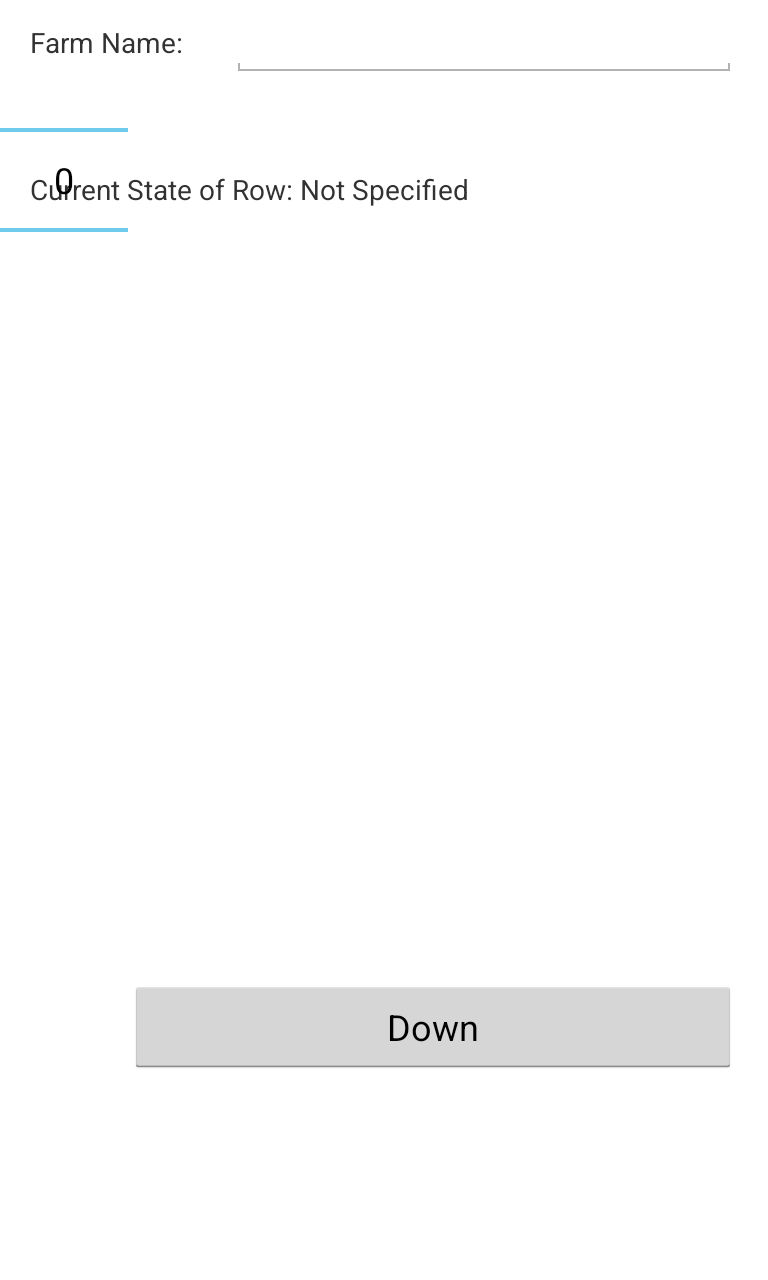
Repository: cokembel/FarmHand
Layout: FarmHand/res/layout/activity_main.xml
The author's editor kept a copy of each file at every save. The layout is drawn from the files as they stood at one save, then again after the next save.
It is drawn on a 768 x 1280 px phone screen (xhdpi) without system bars, with theme AppTheme; the app's code is not run.

Above is the layout before, as saved 2012-12-10 05:29:29.

### FarmHand/res/layout/activity_main.xml

    <ScrollView xmlns:android="http://schemas.android.com/apk/res/android"
        android:layout_width="match_parent"
        android:layout_height="match_parent"
        android:layout_alignParentLeft="true"
        android:layout_alignParentTop="true" >

        <RelativeLayout
            android:layout_width="match_parent"
            android:layout_height="wrap_content" >

            <AutoCompleteTextView
                android:id="@+id/farm_name"
                android:layout_width="match_parent"
                android:layout_height="wrap_content"
                android:layout_toRightOf="@+id/farm_label"
                android:layout_alignParentTop="true"
                android:layout_marginRight="15dp"
                android:ems="10" />

            <TextView
                android:id="@+id/farm_label"
                android:layout_width="100dp"
                android:layout_height="wrap_content"
                android:layout_alignBaseline="@id/farm_name"
                android:layout_alignBottom="@id/farm_name"
                android:gravity="left"
                android:layout_marginLeft="15dp"
                android:text="@string/farm_name" />

            <TextView
                android:id="@+id/current_status"
                android:layout_width="match_parent"
                android:layout_height="wrap_content"
                android:layout_alignParentRight="true"
                android:layout_alignBaseline="@+id/status_label"
                android:gravity="center"
                android:text="Not Specified" />

            <Button
                android:id="@+id/not_down_button"
                android:layout_width="wrap_content"
                android:layout_height="wrap_content"
                android:layout_alignLeft="@id/farm_label"
                android:layout_marginTop="350dp"
                android:layout_toLeftOf="@+id/row_number"
                android:gravity="center_horizontal"
                android:text="Not Down" />

            <Button
                android:id="@+id/down_button"
                android:layout_width="wrap_content"
                android:layout_height="wrap_content"
                android:layout_alignBottom="@id/not_down_button"
                android:layout_alignRight="@id/farm_name"
                android:layout_toRightOf="@+id/row_number"
                android:text="Down" />

            <TextView
                android:id="@+id/status_label"
                android:layout_width="wrap_content"
                android:layout_height="wrap_content"
                android:layout_alignLeft="@+id/farm_label"
                android:layout_below="@+id/prev_row_button"
                android:layout_marginTop="85dp"
                android:text="@string/status" />

            <NumberPicker
                android:id="@+id/row_number"
                android:layout_width="wrap_content"
                android:layout_height="wrap_content"
                android:gravity="center_horizontal"
 />

</RelativeLayout>

    </ScrollView>

### FarmHand/res/values/strings.xml
<resources>

    <string name="app_name">FarmHand</string>
    <string name="menu_settings">Settings</string>
    <string name="title_activity_main">FarmHand</string>
    <string name="farm_name">Farm Name:</string>
	<string name="status">Current State of Row:</string>

</resources>

Loaded but not shown: FarmHand/res/values-v11/styles.xml (common file); FarmHand/res/values-v14/styles.xml (common file); FarmHand/res/values/styles.xml (common file)

After the next save:
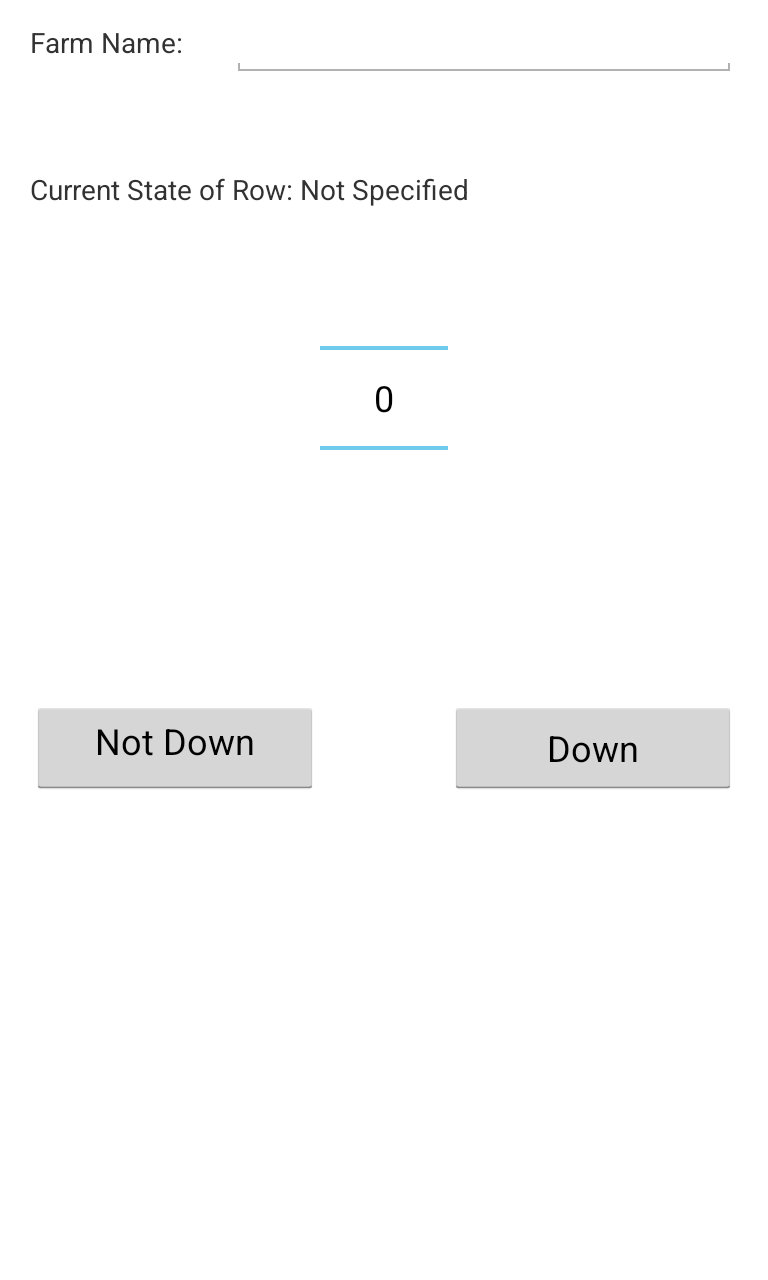
Saved 33 s later.
--- a/FarmHand/res/layout/activity_main.xml
+++ b/FarmHand/res/layout/activity_main.xml
@@ -69,7 +69,9 @@
                 android:id="@+id/row_number"
                 android:layout_width="wrap_content"
                 android:layout_height="wrap_content"
+                android:layout_centerVertical="true"
                 android:gravity="center_horizontal"
+                android:layout_centerHorizontal="true"
  />
 
 </RelativeLayout>
